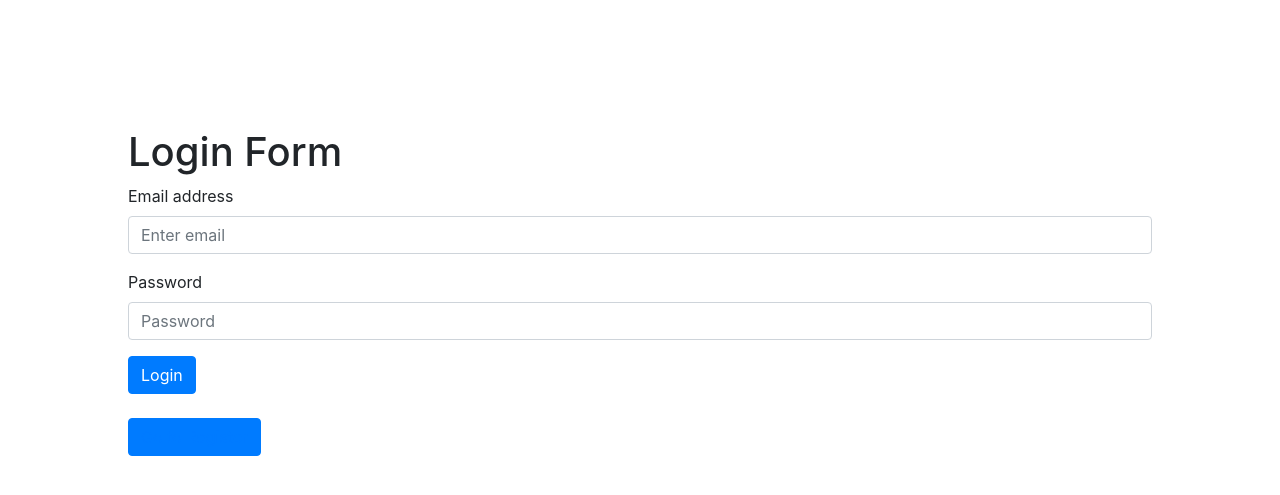
Repository: lalji-yadav/Register-Login-and-CRUD-using-token-and-Without-token-based
Page: /login
An editor plug-in stored every save of this project. The page is shown before and after the next save, followed by the edit.
The browser window is 1280 px wide. The pictures show the whole page.
The project was rebuilt for these pictures with package versions that can differ from the ones it lists, and the page was loaded fresh each time. Also part of the build but not shown: src/App.css, src/auth/register.js, src/components/reg.js, src/components/table.js.

Above is the page before, as saved 2021-02-03 11:33:42.

### src/App.js
import './App.css';
import Login from "./auth/login";
import Register from "./auth/register";
import Reg from "./components/reg";
import Table from "./components/table";
import {
  BrowserRouter as Router,
  Switch,
  Route
} from "react-router-dom";

function App() {
  return (
    <div>
      <Router>
        <Switch>
           <Route exact path="/" component={Register} />
           <Route exact path="/login" component={Login} />
           <Route exact path="/reg" component={Reg} />
           <Route exact path="/table" component={Table} />
        </Switch>
      </Router>
       {/* <Register /> */}
       {/* <Login /> */}
       {/* <Reg /> */}
    </div>
  );
}

export default App;

### src/auth/login.js
import React, { useState } from 'react';
import {Form,Button} from 'react-bootstrap';
import axios from "axios";
import { Link } from 'react-router-dom';

const Login = () => {

    const [values, setValues] = useState({
        email:'',
        password: ''
    })

    const changeHandler = (event) => {
        setValues((prevProps) => ({
          ...prevProps,
          [event.target.name]: event.target.value
        }));
      };

    const onLogin=()=> {
       // event.preventDefault();
        // console.log(values);
        // alert(`${values.email}`)
        axios.post('http://localhost:3000/user/login',
         {email:values.email, password:values.password})
         .then((res)=> {
            console.log(res)
        }).catch((err)=> {
            console.log(err)
        })
    }

    return (
        <div style={{padding:"10%"}}>
            <h1> Login Form </h1>
            <Form>
                <Form.Group controlId="formBasicEmail">
                    <Form.Label>Email address</Form.Label>
                    <Form.Control type="email" name="email" value={values.email}
                     placeholder="Enter email"
                     onChange={changeHandler}
                      />
                </Form.Group>

                <Form.Group controlId="formBasicPassword">
                    <Form.Label>Password</Form.Label>
                    <Form.Control type="password" name="password" value={values.password}
                     placeholder="Password"
                     onChange={changeHandler}
                      />
                </Form.Group>
                {/* <Form.Group controlId="formBasicCheckbox">
                    <Form.Check type="checkbox" label="Check me out" />
                </Form.Group> */}
                </Form>

            <Button type="button" onClick={onLogin} className="btn btn-primary">Login</Button> <br /> <br />
            <Button type="button" varient="light"> <Link to="/">Go to Register </Link> </Button>
        </div>
    );
};

export default Login;

Loaded but not shown: public/index.html (common file); src/index.js (common file); src/index.css (common file); src/reportWebVitals.js (common file)

After the next save:
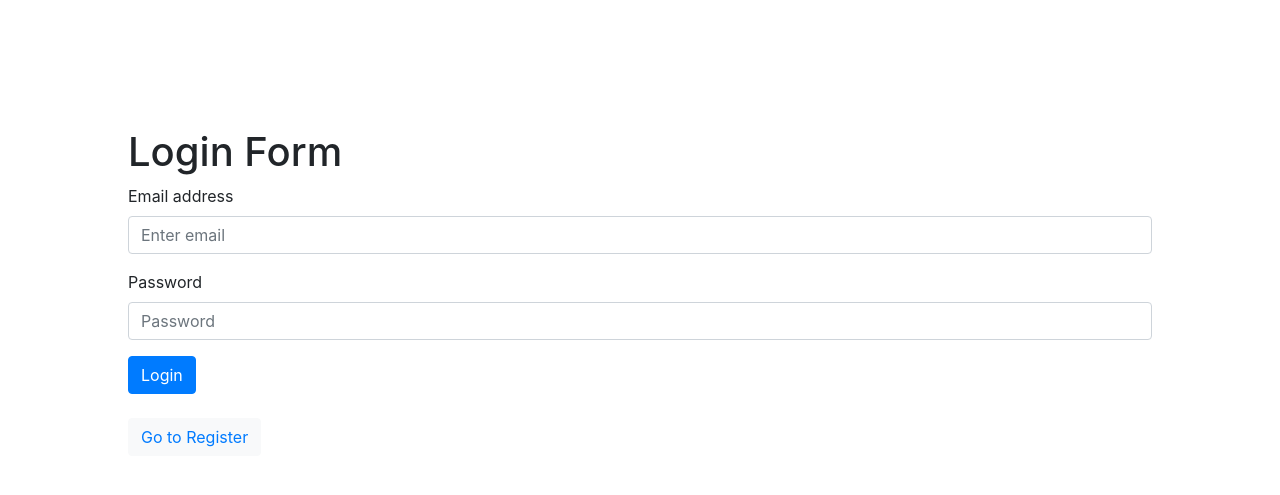
Saved 17 s later.
--- a/src/auth/login.js
+++ b/src/auth/login.js
@@ -55,7 +55,7 @@ const Login = () => {
                 </Form>
 
             <Button type="button" onClick={onLogin} className="btn btn-primary">Login</Button> <br /> <br />
-            <Button type="button" varient="light"> <Link to="/">Go to Register </Link> </Button>
+            <Button type="button" variant="light"> <Link to="/">Go to Register </Link> </Button>
         </div>
     );
 };
